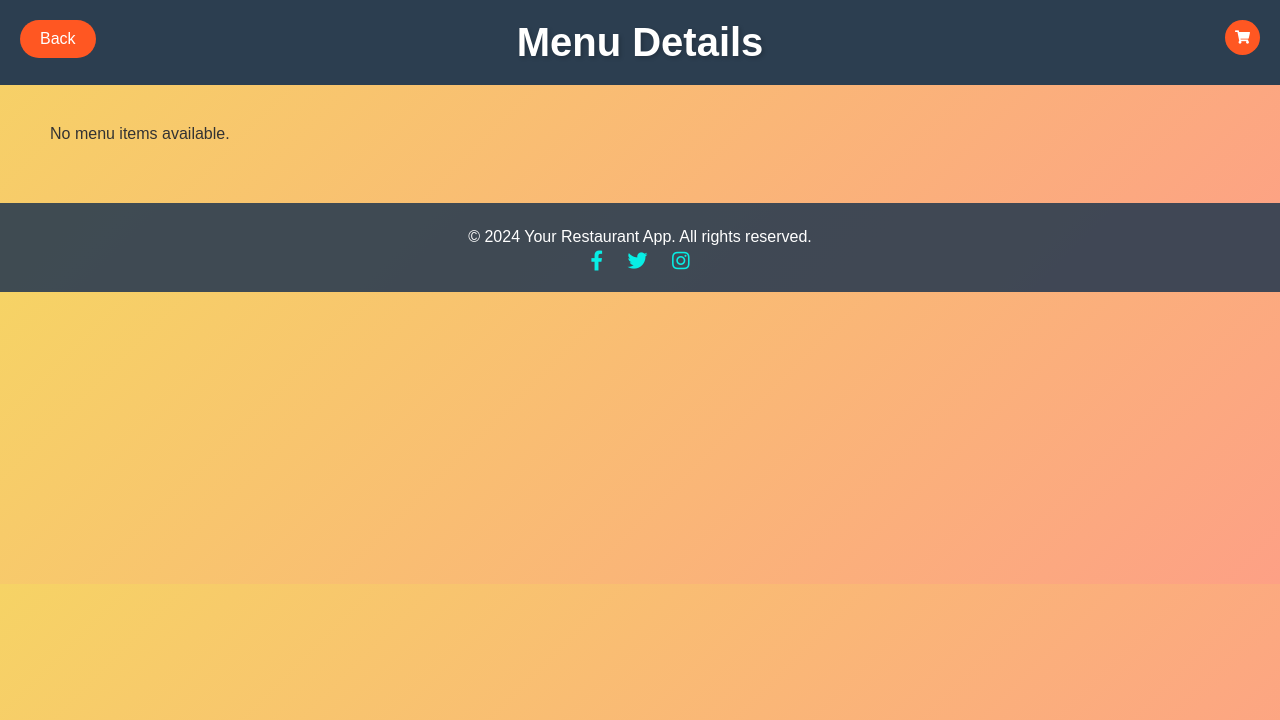
Repository: Masood395/Food-App
Page: http://localhost/FoodApp/getMenu.jsp
These files come from the project's save history. The page is drawn as it stood at one moment and after the next save; the edit follows.
The browser window is 1280 px wide. The pictures show the whole page.
The page is served by Tomcat 9. Other server files are loaded and not shown.

Above is the page before, as saved 2024-11-12 19:31:00.

### FoodApp/src/main/webapp/getMenu.jsp
<%@ page language="java" contentType="text/html; charset=UTF-8" pageEncoding="UTF-8"%>
<%@ page import="java.util.List" %>
<%@ page import="com.tap.menu.Menu" %>

<!DOCTYPE html>
<html lang="en">
<head>
    <meta charset="UTF-8">
    <meta name="viewport" content="width=device-width, initial-scale=1.0">
    <title>Menu Details</title>
    <link rel="stylesheet" href="https://cdnjs.cloudflare.com/ajax/libs/font-awesome/5.15.4/css/all.min.css">
    <style>
        /* General Styling */
        * {
            margin: 0;
            padding: 0;
            box-sizing: border-box;
        }

        body {
            font-family: 'Arial', sans-serif;
            background: linear-gradient(135deg, #f6d365 0%, #fda085 100%);
            margin: 0;
            padding: 0;
            color: #333;
            overflow-x: hidden;
        }

        /* Header Styling */
        header {
            background: #2C3E50;
            color: white;
            padding: 20px;
            text-align: center;
            position: relative;
            width: 100%;
        }

        header h1 {
            margin: 0;
            font-size: 2.5em;
            font-weight: bold;
            text-shadow: 2px 2px 4px rgba(0, 0, 0, 0.2);
        }

        /* Back Button Styling */
        .back-button {
            position: absolute;
            top: 20px;
            left: 20px;
            padding: 10px 20px;
            background: #FF5722;
            color: white;
            font-size: 1em;
            border: none;
            border-radius: 50px;
            cursor: pointer;
            transition: background 0.3s ease;
        }

        .back-button:hover {
            background: #E64A19;
        }

        /* Cart Icon Styling */
        .cart-icon {
            position: absolute;
            top: 20px;
            right: 20px;
            background: #FF5722;
            color: white;
            border: none;
            border-radius: 50%;
            padding: 10px;
            cursor: pointer;
            transition: transform 0.3s ease, background 0.3s ease;
        }

        .cart-icon:hover {
            transform: scale(1.1);
            background: #E64A19;
        }

        /* Grid Container for Cards */
        .container {
            display: grid;
            grid-template-columns: repeat(auto-fill, minmax(300px, 1fr));
            gap: 20px;
            padding: 40px 10px; /* Padding adjusted for mobile */
            max-width: 1200px;
            margin: 0 auto;
        }

        /* Card Styling */
        .card {
            background: #fff;
            border-radius: 15px;
            overflow: hidden;
            width: 100%;
            max-width: 350px;
            box-shadow: 0 10px 20px rgba(0, 0, 0, 0.15);
            transition: transform 0.3s ease, box-shadow 0.3s ease;
        }

        .card:hover {
            transform: translateY(-10px);
            box-shadow: 0 15px 30px rgba(0, 0, 0, 0.25);
        }

        .card img {
            width: 100%;
            height: 250px;
            object-fit: cover;
        }

        .card-body {
            padding: 20px;
            text-align: center;
        }

        .card h2 {
            font-size: 1.8em;
            color: #333;
            margin: 10px 0;
        }

        .price {
            font-size: 1.4em;
            color: #FF5722;
            font-weight: bold;
            margin: 10px 0;
        }

        .rating {
            font-size: 1em;
            color: #FFC107;
            margin: 5px 0;
        }

        .availability {
            font-weight: bold;
            margin-top: 5px;
            color: #555;
        }

        .available {
            color: #4CAF50;
        }

        .not-available {
            color: #E74C3C;
        }

        .add-to-cart {
            background: #28a745;
            color: white;
            border: none;
            border-radius: 30px;
            padding: 10px 20px;
            font-size: 1em;
            cursor: pointer;
            transition: background 0.3s ease;
            margin-top: 15px;
            width: 100%;
        }

        .add-to-cart:hover {
            background: #218838;
        }

        .quantity-selector {
            margin-top: 15px;
            display: flex;
            align-items: center;
            justify-content: center;
        }

        .quantity-selector select {
            padding: 8px;
            border-radius: 5px;
            border: 1px solid #ccc;
            margin-right: 10px;
            font-size: 1em;
        }

        /* Footer Styling */
        footer {
            background: rgba(44, 62, 80, 0.9);
            padding: 20px;
            text-align: center;
            color: #fff;
            margin-top: 20px;
        }

        footer p {
            margin: 5px 0;
        }

        .social-icons a {
            margin: 0 10px;
            color: #08eee5;
            font-size: 20px;
            transition: color 0.3s;
            text-decoration: none;
        }

        .social-icons a:hover {
            color: #ff5722;
        }

        /* Responsive Styling */
        @media (max-width: 768px) {
            header h1 {
                font-size: 2em;
            }
            .container {
                padding: 20px 10px;
            }
        }

        @media (max-width: 480px) {
            header h1 {
                font-size: 1.5em;
            }
            .back-button {
                padding: 6px 12px;
                font-size: 0.9em;
            }
            .cart-icon {
                padding: 8px;
                font-size: 0.9em;
            }
        }
    </style>
</head>
<body>

<header>
    <h1>Menu Details</h1>
    <button class="back-button" onclick="window.history.back();">Back</button>
    <button class="cart-icon" onclick="window.location.href='cart.jsp';">
        <i class="fas fa-shopping-cart"></i>
    </button>
</header>

<div class="container">
    <%
        List<Menu> mList = (List<Menu>) session.getAttribute("menuList");
        if (mList != null && !mList.isEmpty()) {
            for(Menu mnu : mList) {
    %>
        <div class="card">
            <img src="<%= mnu.getImage() %>" alt="<%= mnu.getMenuName() %>">
            <div class="card-body">
                <h2><%= mnu.getMenuName() %></h2>
                <p><strong>Description:</strong> <%= mnu.getDescription() %></p>
                <p class="price">$<%= mnu.getPrice() %></p>
                <p class="rating">Rating: <%= mnu.getRating() %> / 5</p>
                <p class="availability <%= mnu.isAvailable() ? "available" : "not-available" %>">
                    <%= mnu.isAvailable() ? "Available" : "Not Available" %>
                </p>
                <div class="quantity-selector">
                    <form action="addcartcntrl" method="post">
                        <select name="quantity">
                            <% for (int i = 1; i <= 10; i++) { %>
                                <option value="<%= i %>"><%= i %></option>
                            <% } %>
                        </select>
                        <input type="hidden" name="id" value="<%= mnu.getMenuId() %>">
                        <input type="hidden" name="img" value="<%= mnu.getImage() %>">
                        <button type="submit" class="add-to-cart">Add to Cart</button>
                    </form>
                </div>
            </div>
        </div>
    <%
            }
        } else {
            out.println("<p>No menu items available.</p>");
        }
    %>
</div>

<footer>
    <p>&copy; 2024 Your Restaurant App. All rights reserved.</p>
    <div class="social-icons">
        <a href="#" class="fab fa-facebook-f"></a>
        <a href="#" class="fab fa-twitter"></a>
        <a href="#" class="fab fa-instagram"></a>
    </div>
</footer>

</body>
</html>

After the next save:
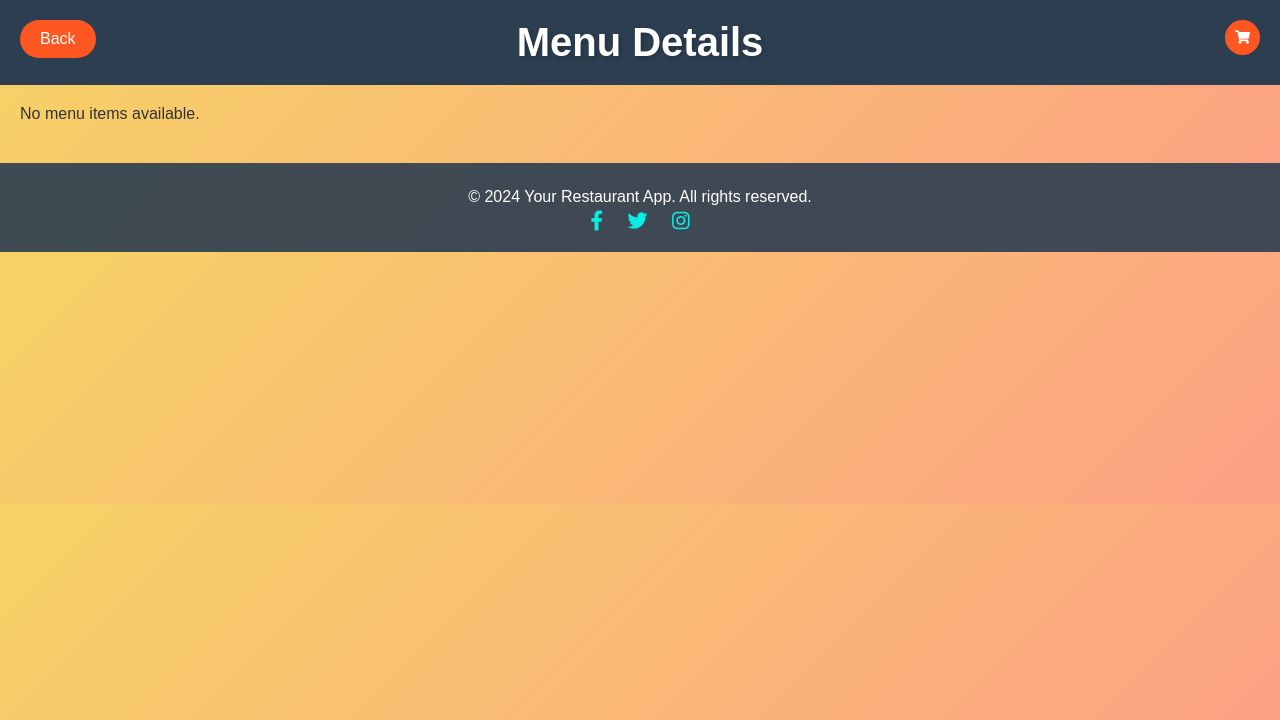
Saved 48 s later.
--- a/FoodApp/src/main/webapp/getMenu.jsp
+++ b/FoodApp/src/main/webapp/getMenu.jsp
@@ -82,25 +82,24 @@
         }
 
         /* Grid Container for Cards */
-        .container {
-            display: grid;
-            grid-template-columns: repeat(auto-fill, minmax(300px, 1fr));
-            gap: 20px;
-            padding: 40px 10px; /* Padding adjusted for mobile */
-            max-width: 1200px;
-            margin: 0 auto;
-        }
+         .container {
+        display: grid;
+        grid-template-columns: repeat(auto-fit, minmax(250px, 1fr));
+        gap: 20px;
+        padding: 20px;
+        max-width: 1400px;
+        margin: 0 auto;
+    }
 
         /* Card Styling */
         .card {
-            background: #fff;
-            border-radius: 15px;
-            overflow: hidden;
-            width: 100%;
-            max-width: 350px;
-            box-shadow: 0 10px 20px rgba(0, 0, 0, 0.15);
-            transition: transform 0.3s ease, box-shadow 0.3s ease;
-        }
+        background: #fff;
+        border-radius: 15px;
+        overflow: hidden;
+        width: 100%;
+        box-shadow: 0 10px 20px rgba(0, 0, 0, 0.15);
+        transition: transform 0.3s ease, box-shadow 0.3s ease;
+    }
 
         .card:hover {
             transform: translateY(-10px);
